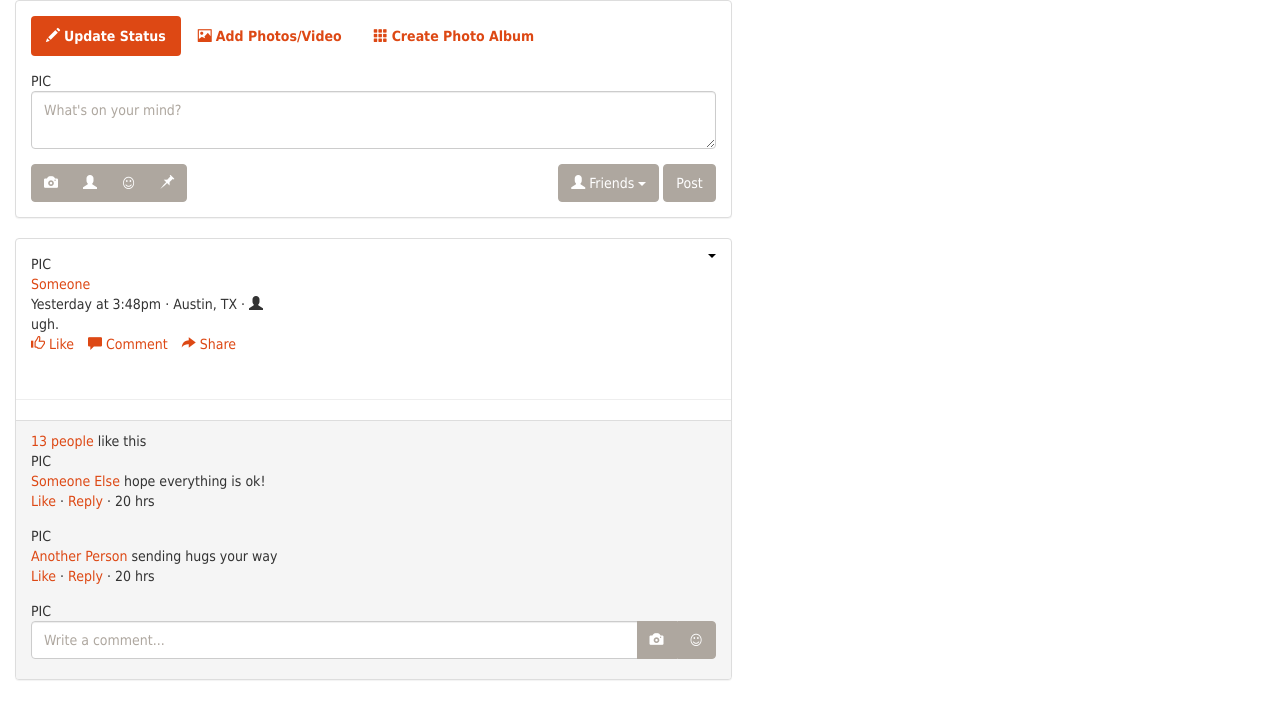
Repository: harshagithub19/news_feed
Page: fbapp3/src/main/webapp/statuscheck.html
These files come from the project's save history. The page is drawn as it stood at one moment and after the next save; the edit follows.
The browser window is 1280 px wide. The pictures show the whole page.
Some web fonts or font styles are not loaded; a fallback is used. Some web libraries are served in a nearby version.

Above is the page before, as saved 2017-03-02 04:37:56.

After the next save:
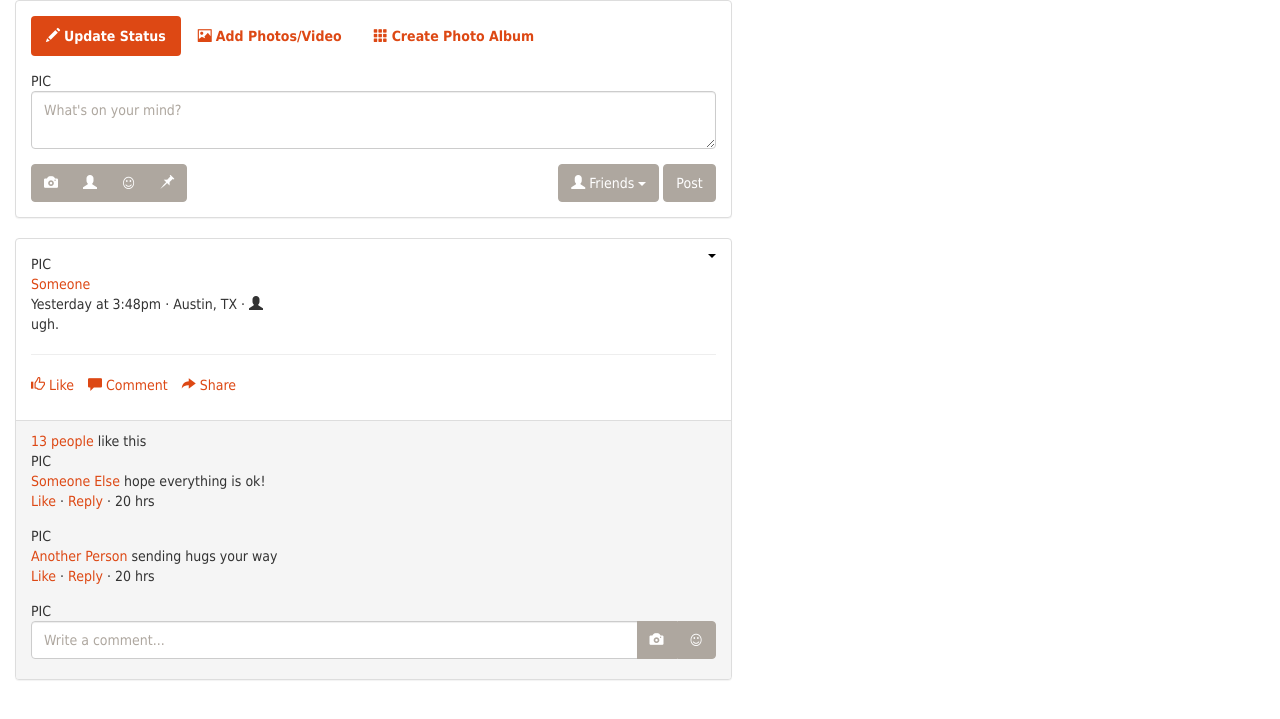
Saved 60 s later.
--- a/fbapp3/src/main/webapp/statuscheck.html
+++ b/fbapp3/src/main/webapp/statuscheck.html
@@ -110,7 +110,7 @@
         ugh.
       </div>
     </div>
-
+  <hr>
   <div class="row">
 		  <div class="col-md-12">
 		    <ul class="list-inline">
@@ -127,7 +127,7 @@
 		  </div>
   </div>
  </div> <!--  div of panel body for status update 1 -->
- <hr>
+
  <!-- panel body footer -->
  <div class="panel-footer">
   <div class="row">
